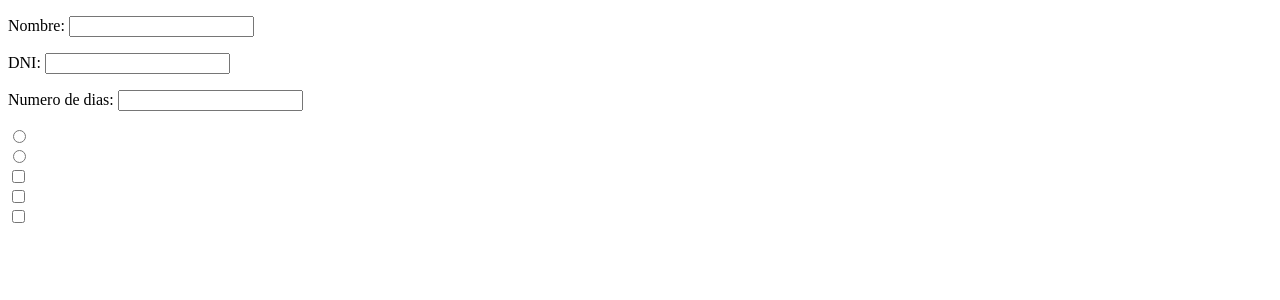
Repository: weertop/2DAW
Page: http://localhost/Formularios/hotel.jsp
An editor plug-in stored every save of this project. The page is shown before and after the next save, followed by the edit.
The browser window is 1280 px wide. The pictures show the whole page.
The page is served by Tomcat 9.

Above is the page before, as saved 2019-10-02 10:35:47.

After the next save:
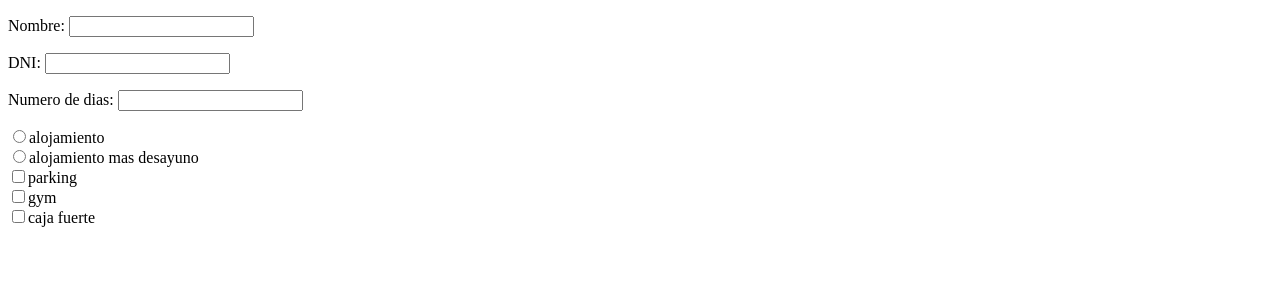
Saved 57 s later.
--- a/DWServidor/eclipse-workspace-photom/Formularios/WebContent/hotel.jsp
+++ b/DWServidor/eclipse-workspace-photom/Formularios/WebContent/hotel.jsp
@@ -12,11 +12,11 @@
 		<p>Nombre: <input type="text" name="nombre"/></p>
 		<p>DNI: <input type="text" name="dni"/></p>
 		<p>Numero de dias: <input type="number" name="dias"/></p>
-		<input type="radio" name="tipo" value="alojamiento"/><br/>
-		<input type="radio" name="tipo" value="aloydesayuno"/><br/>
-		<input type="checkbox" name="parking" value="parking" /><br/>
-		<input type="checkbox" name="gym" value="gym" /><br/>
-		<input type="checkbox" name="caja fuerte" value="caja" /><br/>
+		<input type="radio" name="tipo" value="alojamiento"/>alojamiento<br/>
+		<input type="radio" name="tipo" value="aloydesayuno"/>alojamiento mas desayuno<br/>
+		<input type="checkbox" name="parking" value="parking" />parking<br/>
+		<input type="checkbox" name="gym" value="gym" />gym<br/>
+		<input type="checkbox" name="caja" value="caja" />caja fuerte<br/>
 	</form>
 </body>
 </html>
